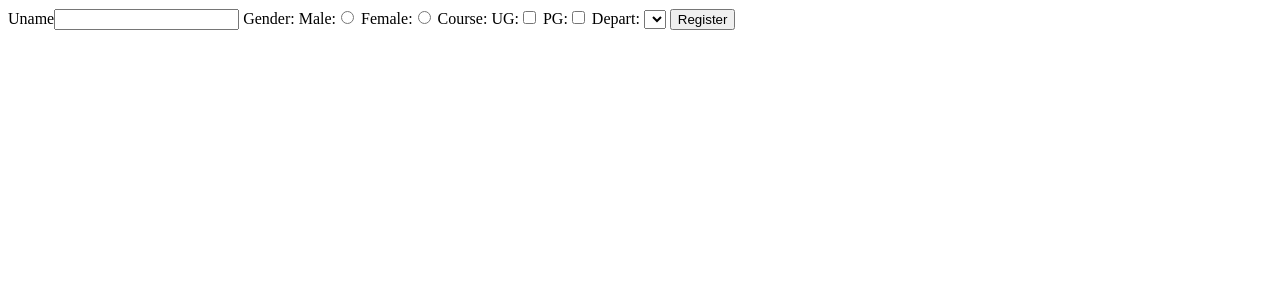
Repository: Karthi-Mano/AdvanceJavaPrograms
Page: BasicHtml/WebContent/RegisterPage.html
An editor plug-in stored every save of this project. The page is shown before and after the next save, followed by the edit.
The browser window is 1280 px wide. The pictures show the whole page.

Above is the page before, as saved 2017-09-23 05:46:07.

After the next save:
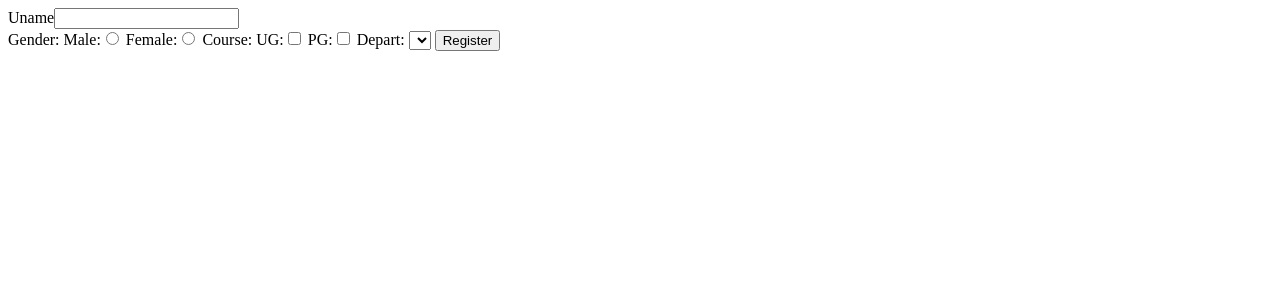
Saved 6 s later.
--- a/BasicHtml/WebContent/RegisterPage.html
+++ b/BasicHtml/WebContent/RegisterPage.html
@@ -6,7 +6,7 @@
 </head>
 <body>
 <form>
-Uname<input type="text">
+Uname<input type="text"><br>
 Gender:
 Male:<input type="radio" name="gen">
 Female:<input type="radio" name="gen">
